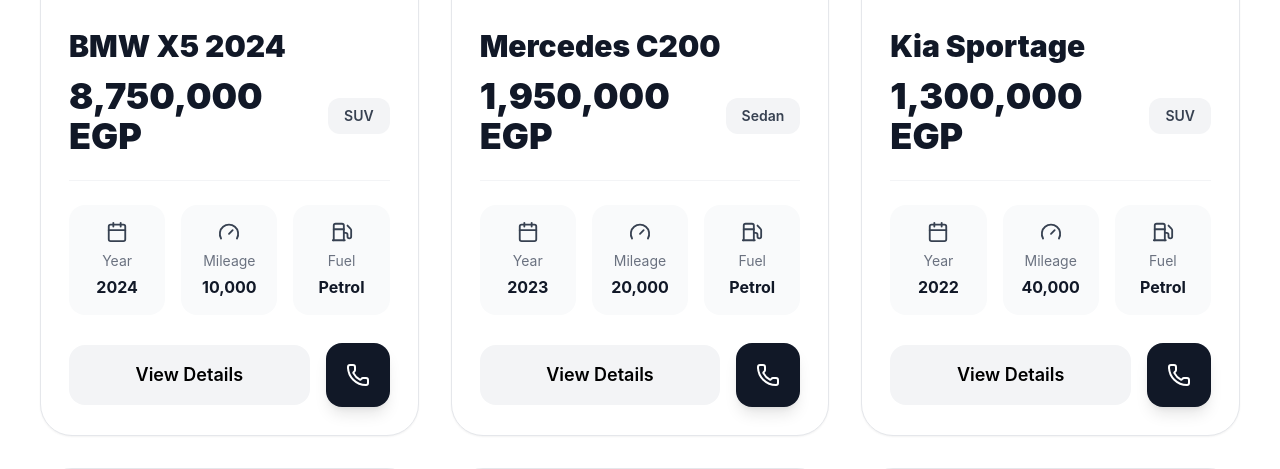
Repository: Hazem-Amr/Car-Price-Prediction
Page: / (app in frontend/)
An editor plug-in stored every save of this project. The page is shown before and after the next save, followed by the edit.
The browser window is 1280 px wide. The pictures show the part of the page from y = 1918 to 2387 px (the page is 7592 px tall).
Pictures or frames that could not be fetched are drawn as grey boxes. The project was rebuilt for these pictures with package versions that can differ from the ones it lists, and the page was loaded fresh each time. Also part of the build but not shown: frontend/vite.config.js, frontend/src/components/PricePredictorSection.jsx, frontend/src/data/userListings.js, frontend/src/components/CarsFilter.jsx, frontend/src/pages/Cars.jsx, frontend/src/pages/CarDetails.jsx, frontend/src/pages/Brands.jsx, frontend/src/pages/About.jsx and 5 more.

Above is the page before, as saved 2026-05-27 23:00:03.

After the next save:
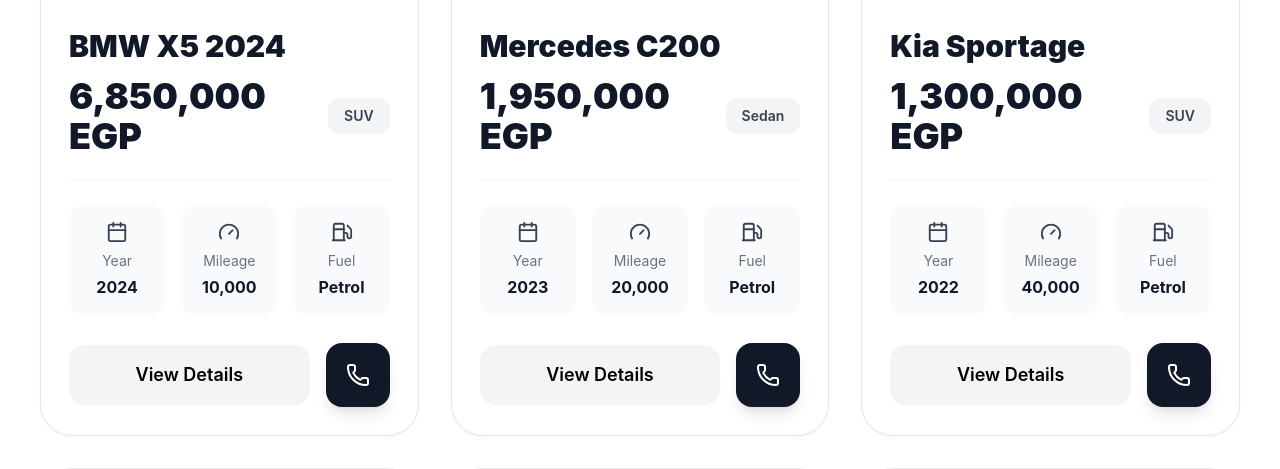
Saved 3 min 32 s later.
--- a/frontend/src/data/cars.js
+++ b/frontend/src/data/cars.js
@@ -2,7 +2,7 @@
   {
     id: 1,
     name: "BMW X5 2024",
-    price: "8,750,000 EGP",
+    price: "6,850,000 EGP",
     image:
       "https://media.ed.edmunds-media.com/bmw/x5/2024/oem/2024_bmw_x5_4dr-suv_xdrive40i_fq_oem_1_815.jpg",
     year: 2024,
